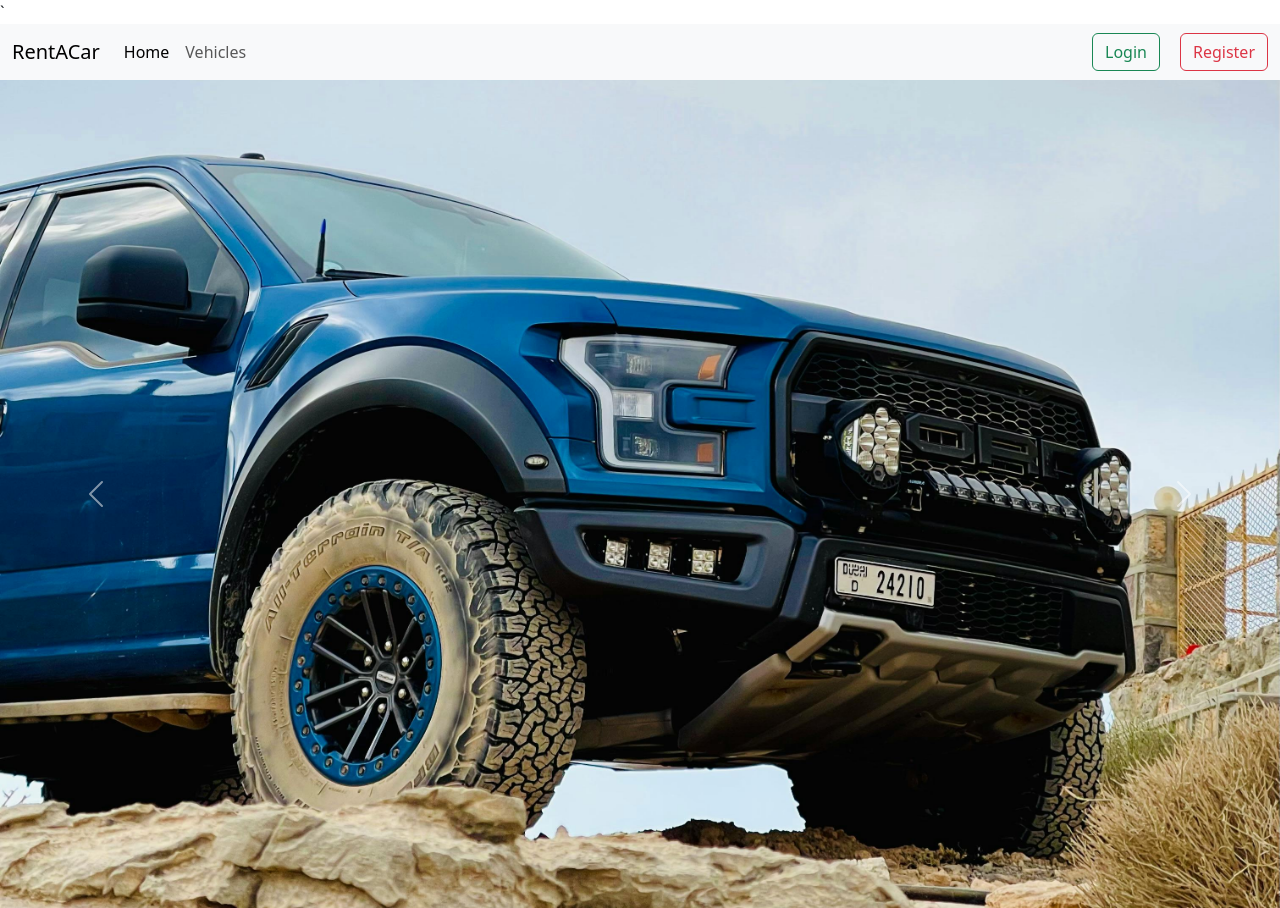
Repository: VimashaVishvani/VehicleRental
Page: http://localhost/Vehicle_rentalDb/
These files come from the project's save history. The page is drawn as it stood at one moment and after the next save; the edit follows.
The browser window is 1280 px wide. The pictures show the whole page.
The page is served by Tomcat 9.

Above is the page before, as saved 2024-05-04 19:11:43.

After the next save:
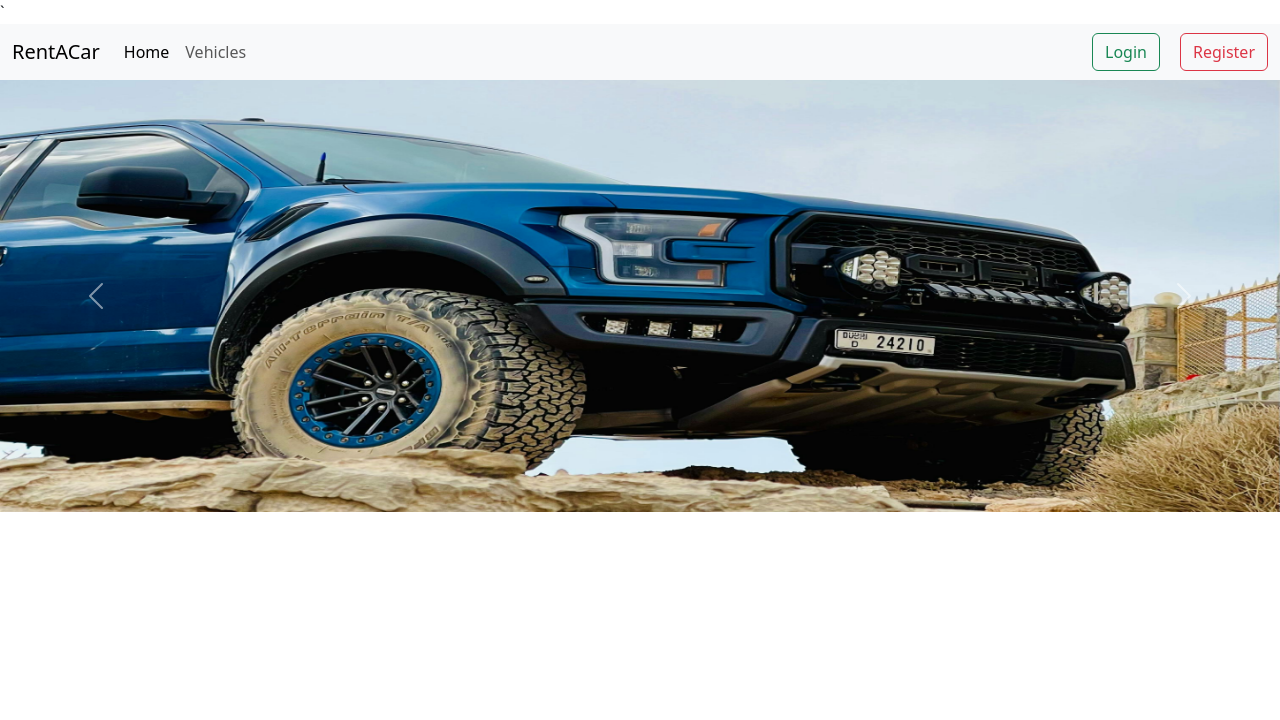
Saved 16 s later.
--- a/Vehicle_rentalDb/src/main/webapp/index.jsp
+++ b/Vehicle_rentalDb/src/main/webapp/index.jsp
@@ -46,13 +46,13 @@
 <div id="carouselExample" class="carousel slide">
   <div class="carousel-inner">
     <div class="carousel-item active">
-      <img src="images/landingPage/1.jpg" class="d-block w-100" alt="...">
+      <img src="images/landingPage/1.jpg" class="d-block w-100 courosalImages" alt="...">
     </div>
     <div class="carousel-item">
-      <img src="images/landingPage/2.jpg" class="d-block w-100" alt="...">
+      <img src="images/landingPage/2.jpg" class="d-block w-100 courosalImages" alt="...">
     </div>
     <div class="carousel-item">
-      <img src="images/landingPage/3.jpg" class="d-block w-100" alt="...">
+      <img src="images/landingPage/3.jpg" class="d-block w-100 courosalImages" alt="...">
     </div>
   </div>
   <button class="carousel-control-prev" type="button" data-bs-target="#carouselExample" data-bs-slide="prev">
